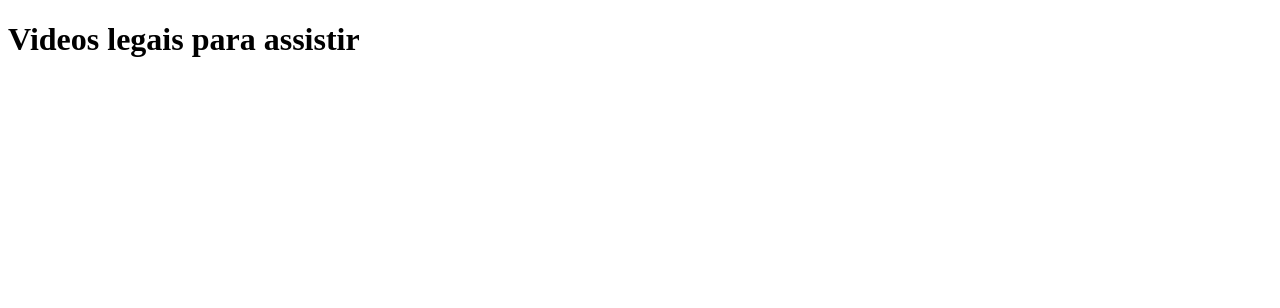
Repository: GabrielTrevisanMargrander/Html-Css
Page: Exercicios/ex012/desafio/index.html
These files come from the project's save history. The page is drawn as it stood at one moment and after a run of saves; the edit follows.
The browser window is 1280 px wide. The pictures show the whole page.

Above is the page before, as saved 2023-05-31 20:26:09.

After the next 2 saves:
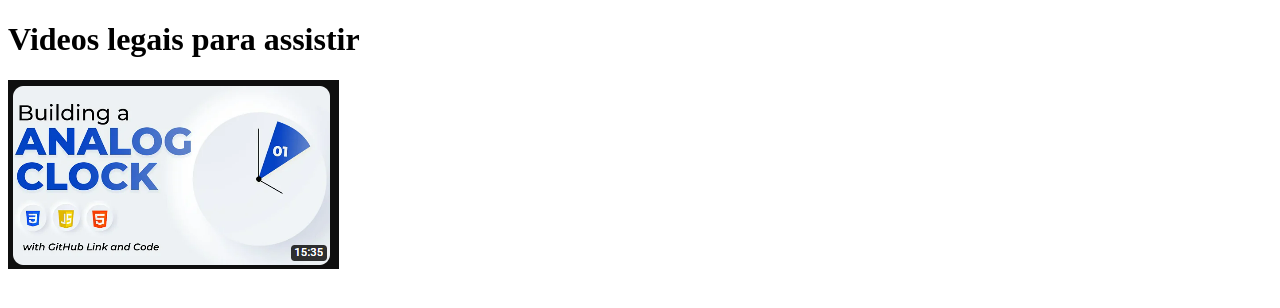
The 2 saves are shown as one change because they came seconds apart.
The last was saved 3 min 31 s later.
--- a/Exercicios/ex012/desafio/index.html
+++ b/Exercicios/ex012/desafio/index.html
@@ -11,7 +11,7 @@
     <h1>Videos legais para assistir
     </h1>
 
-<a href="autor.html"> <img src="" alt="">
+<a href="autor.html"> <img src="iamgens/imagem1.png" alt="">
 </a>
 <a href=></a>
 <a href=></a>
